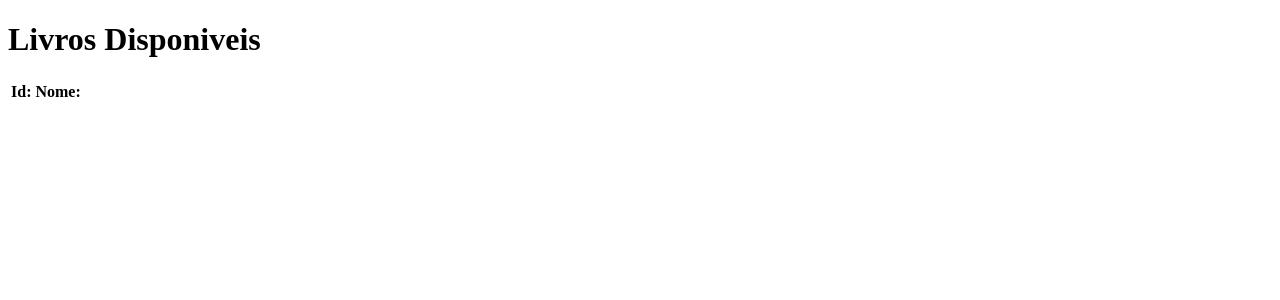
Repository: lmsmorais/ProjectEpiousion
Page: http://localhost/LibraryProject/LivrosDisponiveisServlet
The author's editor kept a copy of each file at every save. The page is drawn from the files as they stood at one save, then again after the next save.
The browser window is 1280 px wide. The pictures show the whole page.
The page is served by Tomcat 9. Other server files are loaded and not shown. Queries for data that is not in the repository find no rows.

Above is the page before, as saved 2020-11-11 18:23:28.

### LibraryProject/WebContent/livrosDisponiveis.jsp
<%@ page language="java" contentType="text/html; charset=ISO-8859-1"
    pageEncoding="ISO-8859-1" %>
<!DOCTYPE html>
<%@taglib prefix="c" uri="http://java.sun.com/jsp/jstl/core"%>
<html>
    <head>
        <title>Livros Disponíveis</title>
        <meta charset='UTF-8'>
    </head>
    <body>
        <h1>Livros Disponiveis</h1>
			<table>
					<tr>
						<th>Id:</th>
						<th>Nome:</th>
					</tr>
	            <c:forEach var="livros" items="${listaLivros}">
	                <tr>
	                    <td><c:out value="${livros.idLivro}"/></td>
	                    <td><c:out value="${livros.nomeLivro}"/></td>
	                </tr>
	            </c:forEach>
			</table>
    </body>
</html>

### LibraryProject/src/br/com/epiousion/controller/LivrosDisponiveisServlet.java
package br.com.epiousion.controller;

import java.io.IOException;
import java.util.List;

import javax.servlet.RequestDispatcher;
import javax.servlet.ServletException;
import javax.servlet.annotation.WebServlet;
import javax.servlet.http.HttpServlet;
import javax.servlet.http.HttpServletRequest;
import javax.servlet.http.HttpServletResponse;

import br.com.epiousion.bean.Livro;
import br.com.epiousion.dao.LivroDAO;

/**
 * Servlet implementation class LivrosDisponiveisServlet
 */
@WebServlet("/LivrosDisponiveisServlet")
public class LivrosDisponiveisServlet extends HttpServlet {
	private static final long serialVersionUID = 1L;

    /**
     * @see HttpServlet#HttpServlet()
     */
    public LivrosDisponiveisServlet() {
        super();
        // TODO Auto-generated constructor stub
    }

	/**
	 * @see HttpServlet#doGet(HttpServletRequest request, HttpServletResponse response)
	 */
	protected void doGet(HttpServletRequest request, HttpServletResponse response) throws ServletException, IOException {


		LivroDAO livros = new LivroDAO();
        List<Livro> listaLivros = null;
        try {
            listaLivros = livros.disponiveis();

            request.setAttribute("listaLivros", listaLivros);
            RequestDispatcher rd = request.getRequestDispatcher("livrosDisponiveis.jsp");
            rd.forward(request, response);

        } catch (Exception e) {
            throw new ServletException(e);
        }
	}

	/**
	 * @see HttpServlet#doPost(HttpServletRequest request, HttpServletResponse response)
	 */
	protected void doPost(HttpServletRequest request, HttpServletResponse response) throws ServletException, IOException {
		// TODO Auto-generated method stub
		doGet(request, response);
	}

}

### LibraryProject/src/br/com/epiousion/dao/LivroDAO.java
package br.com.epiousion.dao;

import java.sql.Connection;
import java.sql.PreparedStatement;
import java.sql.ResultSet;
import java.sql.SQLException;
import java.util.ArrayList;
import java.util.List;

import br.com.epiousion.bean.Livro;

import br.com.epiousion.conexao.ConexaoDatasource;

public class LivroDAO {

	public boolean inserir(String id, String nome) {

		Connection c = ConexaoDatasource.getConexao();
		PreparedStatement ps;

		try {

			ps = c.prepareStatement("insert into livros(idLivro,nomeLivro) values (?,?)");

			ps.setString(1, id);
			ps.setString(2, nome);
			int Nlinhas = ps.executeUpdate();

			if(Nlinhas > 0) {
				return true;
			} else {
				return false;
			}

		} catch (SQLException e) {
			// TODO Auto-generated catch block
			e.printStackTrace();
		}
		return false;
	}

	public void remover(String id) {
		Connection c = ConexaoDatasource.getConexao();
		PreparedStatement ps;

		try {
			ps = c.prepareStatement("delete from livros where idLivro = ?");

			ps.setString(1, id);

			ps.executeUpdate();

			c.close();
			ps.close();

		} catch (SQLException e) {
			// TODO Auto-generated catch block
			e.printStackTrace();
		}
	}

	public List<Livro> disponiveis(){
		List<Livro> listaLivros = new ArrayList<Livro>();

		Connection c = ConexaoDatasource.getConexao();
		PreparedStatement ps = null;
		ResultSet rs = null;

		try {

			ps = c.prepareStatement("select * from livros");
			rs = ps.executeQuery();

			while(rs.next()) {
				Livro livro = new Livro();
				livro.setId(rs.getString("idLivro"));
				livro.setNome(rs.getString("nomeLivro"));
				listaLivros.add(livro);
			}

		} catch (SQLException e) {
			// TODO Auto-generated catch block
			e.printStackTrace();
		} finally {
			try {
				if(rs != null) {
					rs.close();
				}
				if(ps != null) {
					ps.close();
				}
				if(c != null) {
					c.close();
				}
			} catch(Exception e) {
				e.printStackTrace();
			}
		}
		return listaLivros;
	}

}

### LibraryProject/src/br/com/epiousion/conexao/ConexaoDatasource.java
package br.com.epiousion.conexao;

import java.sql.Connection;
import java.sql.SQLException;

import javax.naming.Context;
import javax.naming.InitialContext;
import javax.naming.NamingException;
import javax.sql.DataSource;

public class ConexaoDatasource {

	public static Connection getConexao() {

		try {

			Context context = new InitialContext();
			Context env = (Context)context.lookup("java:comp/env");

			DataSource ds = (DataSource)env.lookup("jdbc/library");

			try {

				Connection c = ds.getConnection()	;
				return c;

			} catch (SQLException e) {
				// TODO Auto-generated catch block
				e.printStackTrace();
			}

		} catch (NamingException e) {
			// TODO Auto-generated catch block
			e.printStackTrace();
		}
		return null;
	}
}

After the next save:
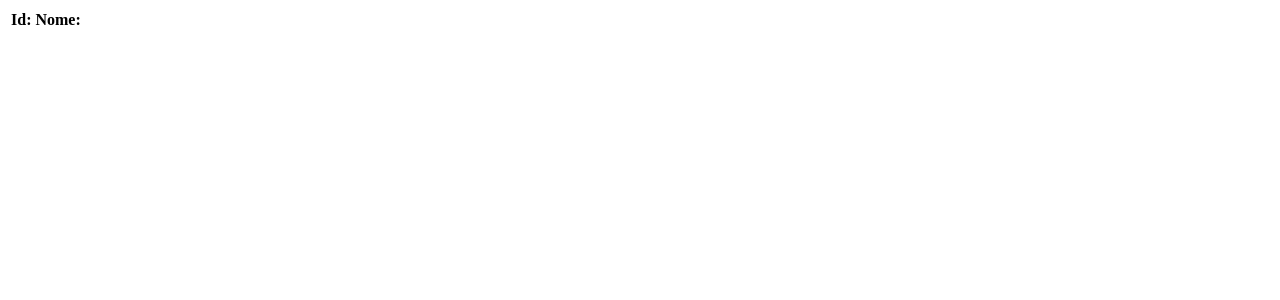
Saved 23 min 1 s later.
--- a/LibraryProject/WebContent/livrosDisponiveis.jsp
+++ b/LibraryProject/WebContent/livrosDisponiveis.jsp
@@ -1,25 +1,26 @@
-<%@ page language="java" contentType="text/html; charset=ISO-8859-1"
-    pageEncoding="ISO-8859-1" %>
-<!DOCTYPE html>
-<%@taglib prefix="c" uri="http://java.sun.com/jsp/jstl/core"%>
-<html>
-    <head>
-        <title>Livros Disponíveis</title>
-        <meta charset='UTF-8'>
-    </head>
-    <body>
-        <h1>Livros Disponiveis</h1>
-			<table>
-					<tr>
-						<th>Id:</th>
-						<th>Nome:</th>
-					</tr>
-	            <c:forEach var="livros" items="${listaLivros}">
-	                <tr>
-	                    <td><c:out value="${livros.idLivro}"/></td>
-	                    <td><c:out value="${livros.nomeLivro}"/></td>
-	                </tr>
-	            </c:forEach>
-			</table>
-    </body>
-</html>
+<%@page import="java.util.*" session="true" %>
+<%@page import="java.util.ArrayList"%>
+<%@page import="br.com.epiousion.bean.Livro"%>
+<%@page contentType="text/html" pageEncoding="UTF-8"%>
+
+<table>
+       <thead>
+              <tr>
+                  <th class="mdl-data-table__cell--non-numeric">Id:</th>
+                  <th class="mdl-data-table__cell--non-numeric">Nome:</th>
+			 </tr>
+      </thead>
+
+      <%
+        ArrayList<Livro> livros = (ArrayList<Livro>) request.getAttribute("listaLivros");
+
+        for (Livro x : livros) {%>
+      <tbody>
+             <tr>
+                                <td class="mdl-data-table__cell--non-numeric"><%=x.getId()%></td>
+                                <td class="mdl-data-table__cell--non-numeric"><%=x.getNome()%></td>
+                            </tr>
+                        </tbody>
+
+                        <% }%>
+                </table>

After the 2 saves that followed:
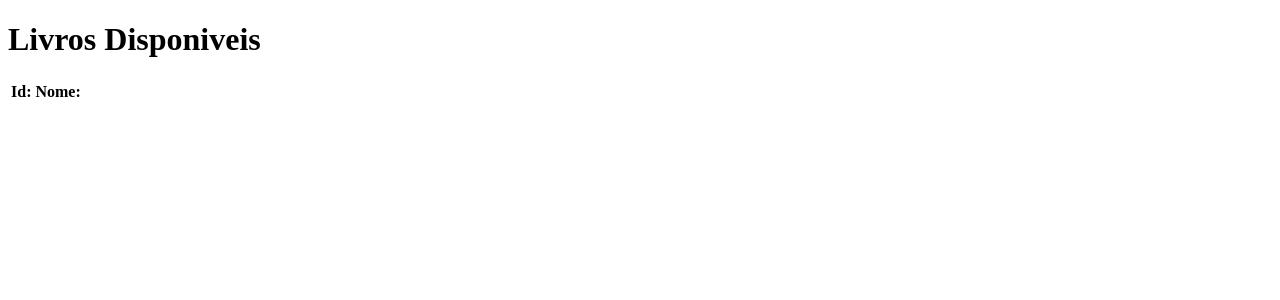
The 2 saves are shown as one change because 1 left the picture as it was.
The last was saved 3 min 3 s later.
--- a/LibraryProject/WebContent/livrosDisponiveis.jsp
+++ b/LibraryProject/WebContent/livrosDisponiveis.jsp
@@ -1,26 +1,25 @@
-<%@page import="java.util.*" session="true" %>
-<%@page import="java.util.ArrayList"%>
-<%@page import="br.com.epiousion.bean.Livro"%>
-<%@page contentType="text/html" pageEncoding="UTF-8"%>
-
-<table>
-       <thead>
-              <tr>
-                  <th class="mdl-data-table__cell--non-numeric">Id:</th>
-                  <th class="mdl-data-table__cell--non-numeric">Nome:</th>
-			 </tr>
-      </thead>
-
-      <%
-        ArrayList<Livro> livros = (ArrayList<Livro>) request.getAttribute("listaLivros");
-
-        for (Livro x : livros) {%>
-      <tbody>
-             <tr>
-                                <td class="mdl-data-table__cell--non-numeric"><%=x.getId()%></td>
-                                <td class="mdl-data-table__cell--non-numeric"><%=x.getNome()%></td>
-                            </tr>
-                        </tbody>
-
-                        <% }%>
-                </table>
+<%@ page language="java" contentType="text/html; charset=ISO-8859-1"
+    pageEncoding="ISO-8859-1" %>
+<!DOCTYPE html>
+<%@taglib prefix="c" uri="http://java.sun.com/jsp/jstl/core"%>
+<html>
+    <head>
+        <title>Livros Disponíveis</title>
+        <meta charset='UTF-8'>
+    </head>
+    <body>
+        <h1>Livros Disponiveis</h1>
+			<table>
+					<tr>
+						<th>Id:</th>
+						<th>Nome:</th>
+					</tr>
+	            <c:forEach var="livros" items="${listaLivros}">
+	                <tr>
+	                    <td><c:out value="${livros.idLivro}"/></td>
+	                    <td><c:out value="${livros.nomeLivro}"/></td>
+	                </tr>
+	            </c:forEach>
+			</table>
+    </body>
+</html>
